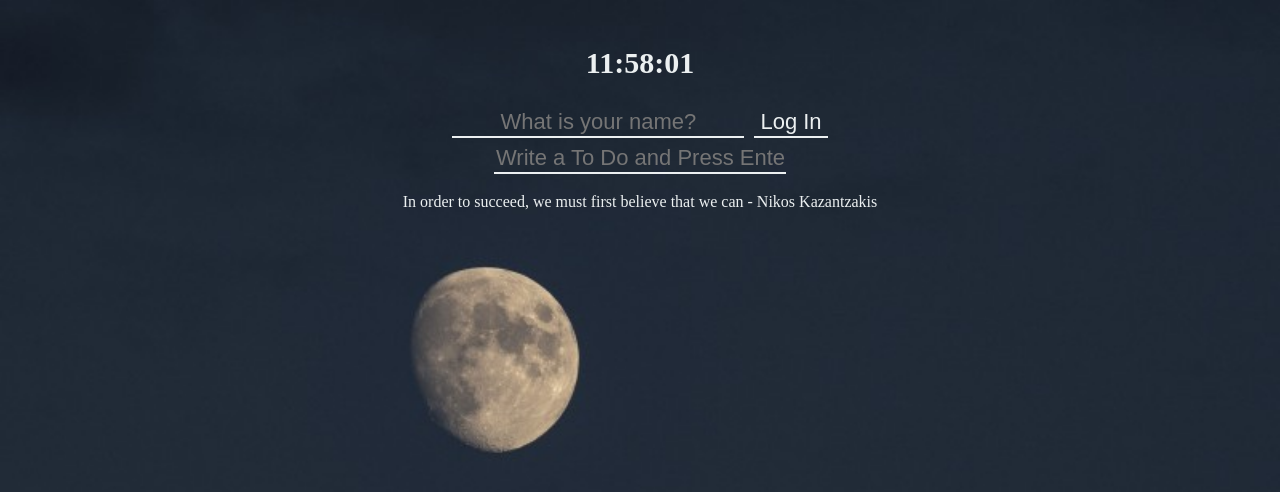
Repository: MIJI-H/chrome
Page: index.html
The author's editor kept a copy of each file at every save. The page is drawn from the files as they stood at one save, then again after the next save.
The browser window is 1280 px wide. The pictures show the whole page.

Above is the page before, as saved 2024-01-27 12:45:43.

After the next save:
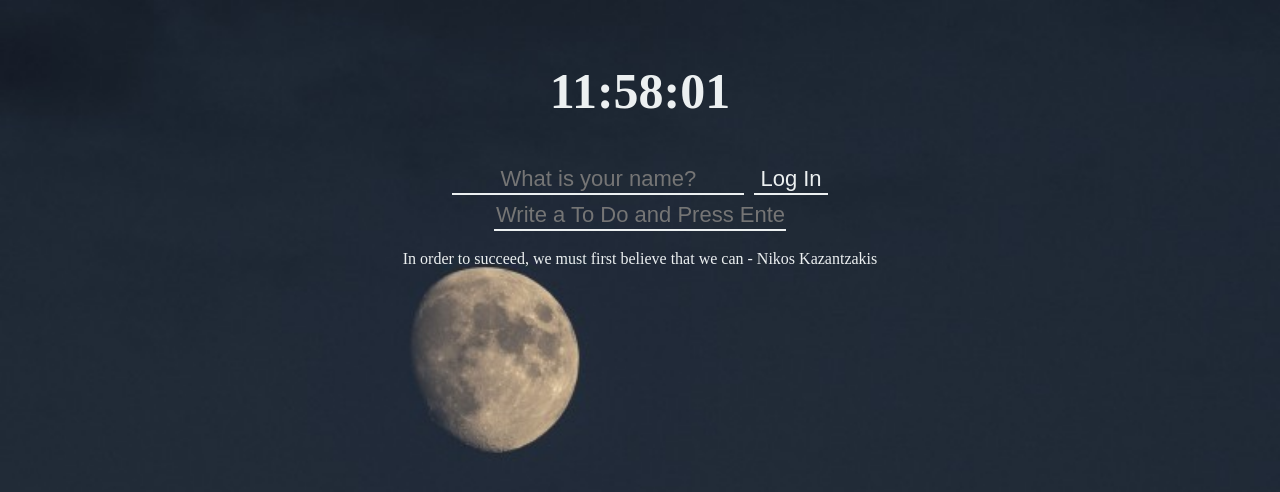
Saved 19 s later.
--- a/css/style.css
+++ b/css/style.css
@@ -55,7 +55,7 @@ button{
 }
 
 #clock {
-    font-size: 30px;
+    font-size: 50px;
 }
 
 .form,
